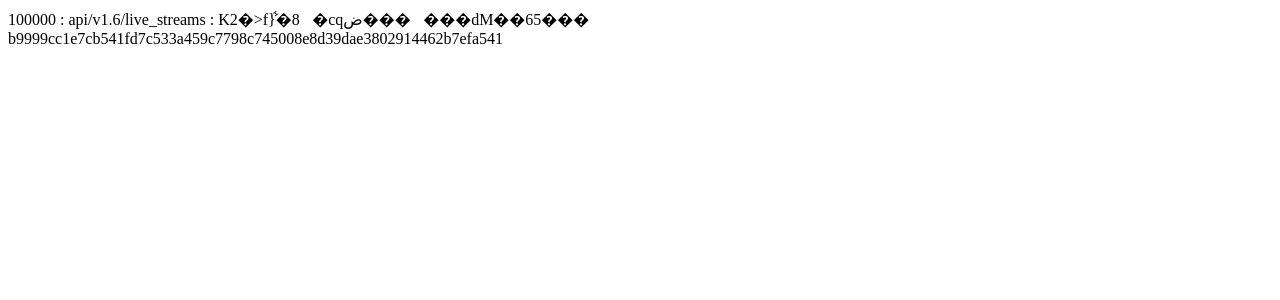
Repository: junhyeongShin/comunity_app
Page: http://localhost/Broadcast/curl copy.php
These files come from the project's save history. The page is drawn as it stood at one moment and after a run of saves; the edit follows.
The browser window is 1280 px wide. The pictures show the whole page.
The page is run by PHP 8.4 with error messages shown; the project is at /var/www/html/.

Above is the page before, as saved 2021-05-28 13:45:27.

After the next 2 saves:
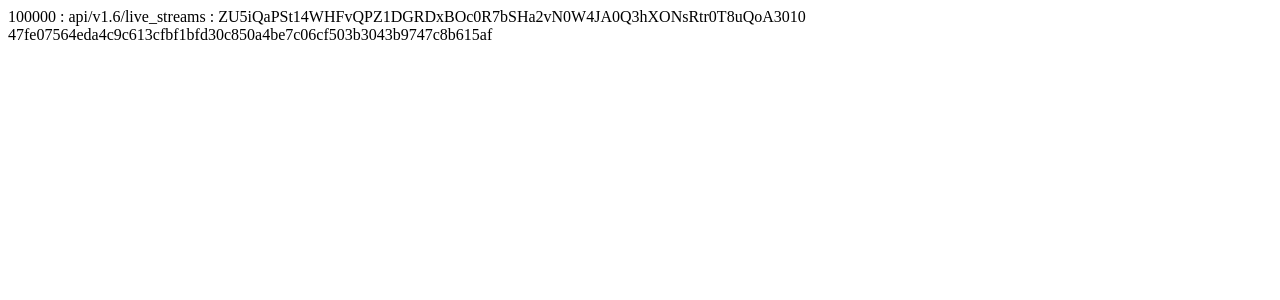
The 2 saves are shown as one change because they came seconds apart.
The last was saved 15 s later.
--- a/Broadcast/curl copy.php
+++ b/Broadcast/curl copy.php
@@ -4,13 +4,13 @@ $timestamp = 100000;
 $path = "api/v1.6/live_streams";
 $wscApiKey = "ZU5iQaPSt14WHFvQPZ1DGRDxBOc0R7bSHa2vN0W4JA0Q3hXONsRtr0T8uQoA3010";
 
-$wscApiKey = hash('sha256',$wscApiKey,true);
+$wscApiKey_hash = hash('sha256',$wscApiKey,true);
 
 $hmacData = ($timestamp.' : '.$path.' : '.$wscApiKey);
 echo $hmacData;
 echo '<br>';
 
-$hash_key = hash_hmac('sha256',$hmacData,$wscApiKey);
+$hash_key = hash_hmac('sha256',$hmacData,$wscApiKey_hash);
 echo $hash_key;
 echo '<br>';
 
